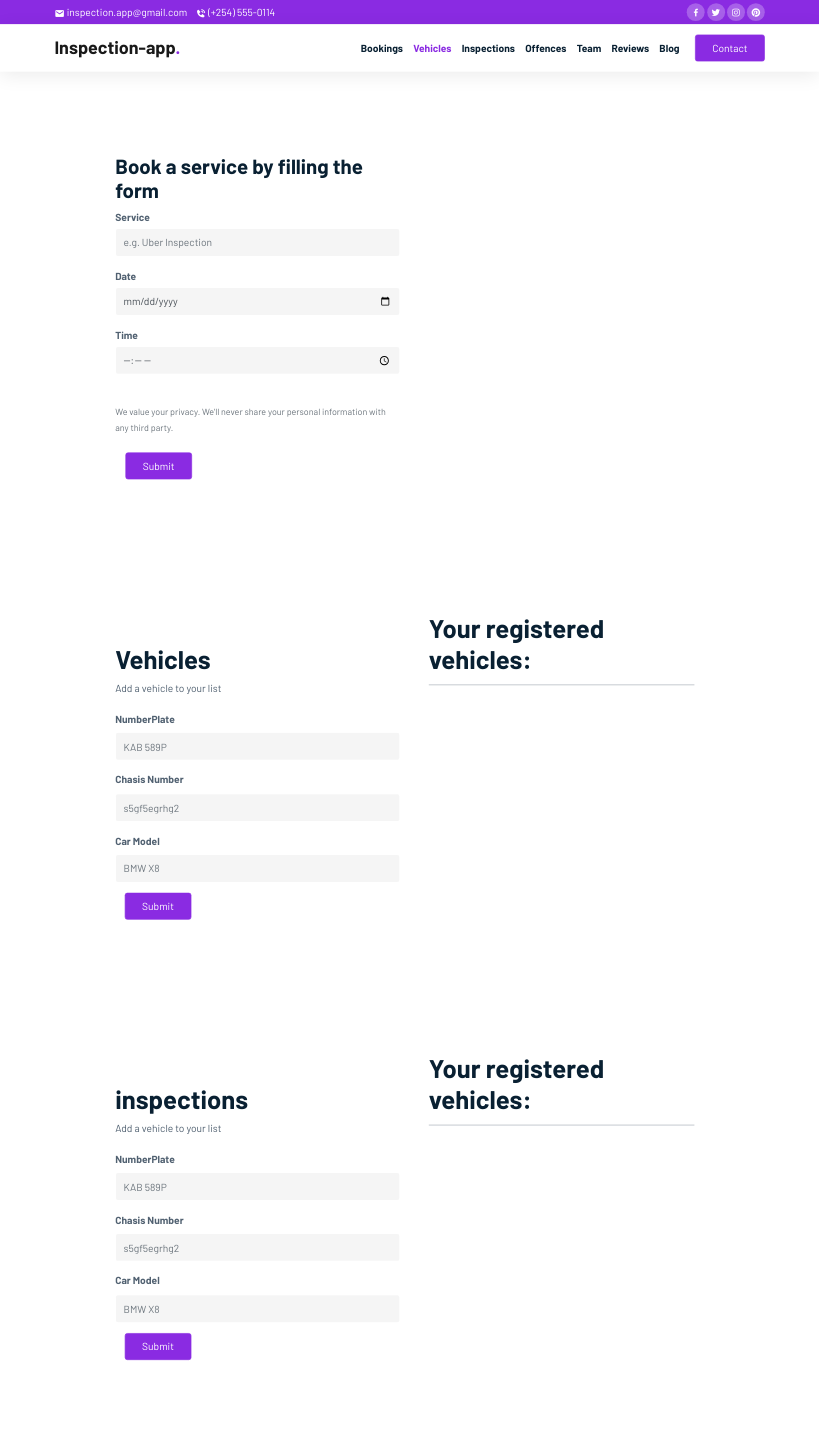
Repository: Jaynie8085/INSPECTION-APP
Page: client/dashboard.html
An editor plug-in stored every save of this project. The page is shown before and after the next save, followed by the edit.
The browser window is 1280 px wide. The pictures show the whole page, at 64% of full size.
The page's requests for data from a server got no answer. Some web libraries are served in a nearby version.

Above is the page before, as saved 2022-10-15 02:56:33.

After the next save:
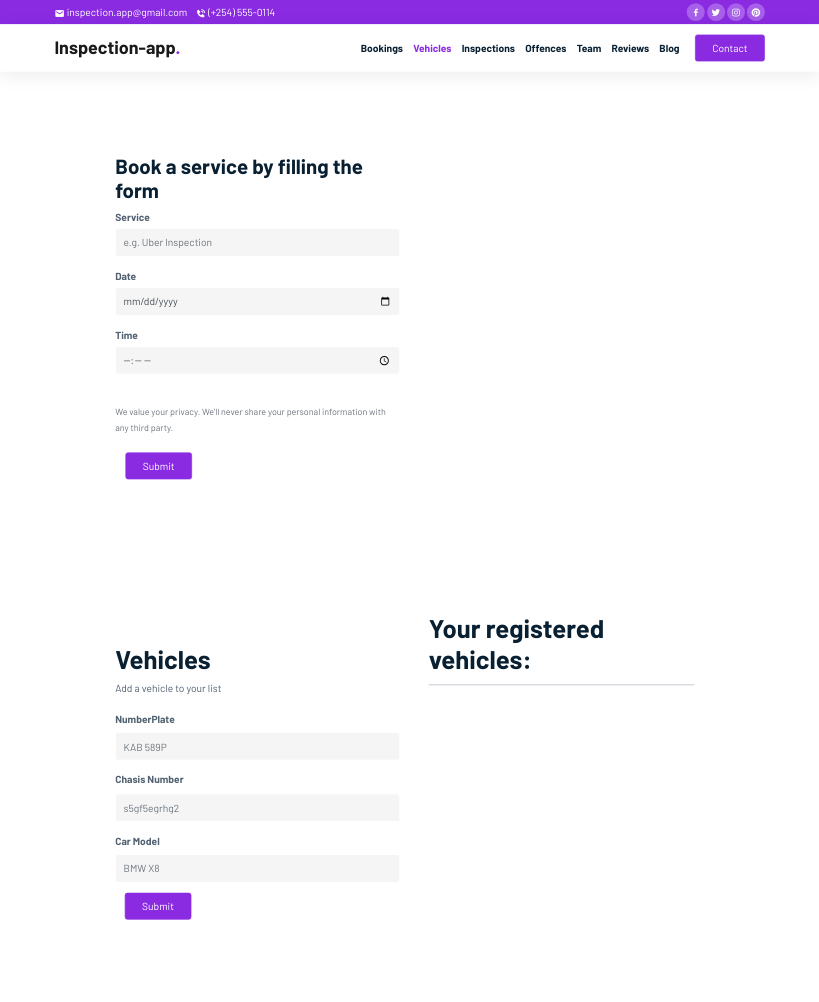
Saved 6 s later.
--- a/client/dashboard.html
+++ b/client/dashboard.html
@@ -149,51 +149,7 @@
         </div>
     </section>
 
-    <!-- inspections -->
-    <section id="inspections">
-        <div class="container">
-            <div class="row justify-content-center">
-            <div id="customer-frm" class="col-lg-5 py-5">
-                <form  >
-                    <h1>inspections</h1>
-                    <p>Add a vehicle to your list</p>
-                    <div class="form-group">
-                        <label for="numberplate" class="form-label">NumberPlate</label>
-                        <input type="text" class="form-control" placeholder="KAB 589P" id="numberplate"
-                            aria-describedby="emailHelp">
-                    </div>
-                    <div class="form-group">
-                        <label for="chasisnumber" class="form-label">Chasis Number </label>
-                        <input type="text" class="form-control" placeholder="s5gf5egrhg2" id="chasisnumber"
-                            aria-describedby="emailHelp">
-                    </div>
-                    <div class="form-group">
-                        <label for="model" class="form-label">Car Model</label>
-                        <input type="model" class="form-control" placeholder="BMW X8" id="model"
-                            aria-describedby="emailHelp">
-                    </div>
-                    <!-- <div class="col-12">
-                        <label for="exampleInputEmail1" class="form-label">Enter General Description</label>
-                        <textarea name="" placeholder="Type in your cars general description." class="form-contid=""  rows="4"></textarea>
-                    </div> -->
-
-                    <div class="col-12">
-                        <button type="submit" class="btn btn-brand" onclick="vehicles();">Submit</button>
-                    </div>
-                </form>
-                </div>
-                <div class="col-lg-5">
-                <div class="container center"><h1>Your registered vehicles:</h1>
-                        <div >
-                            <ul id="quote-list">
-                            </ul>
-                        </div>
-                        <hr></div>
-                </div>
-                </div>
-                </div>
-        </div>
-    </section>
+
 
     <!-- Modal -->
     <div class="modal fade" id="exampleModal" tabindex="-1" aria-labelledby="exampleModalLabel" aria-hidden="true">

After the save that followed:
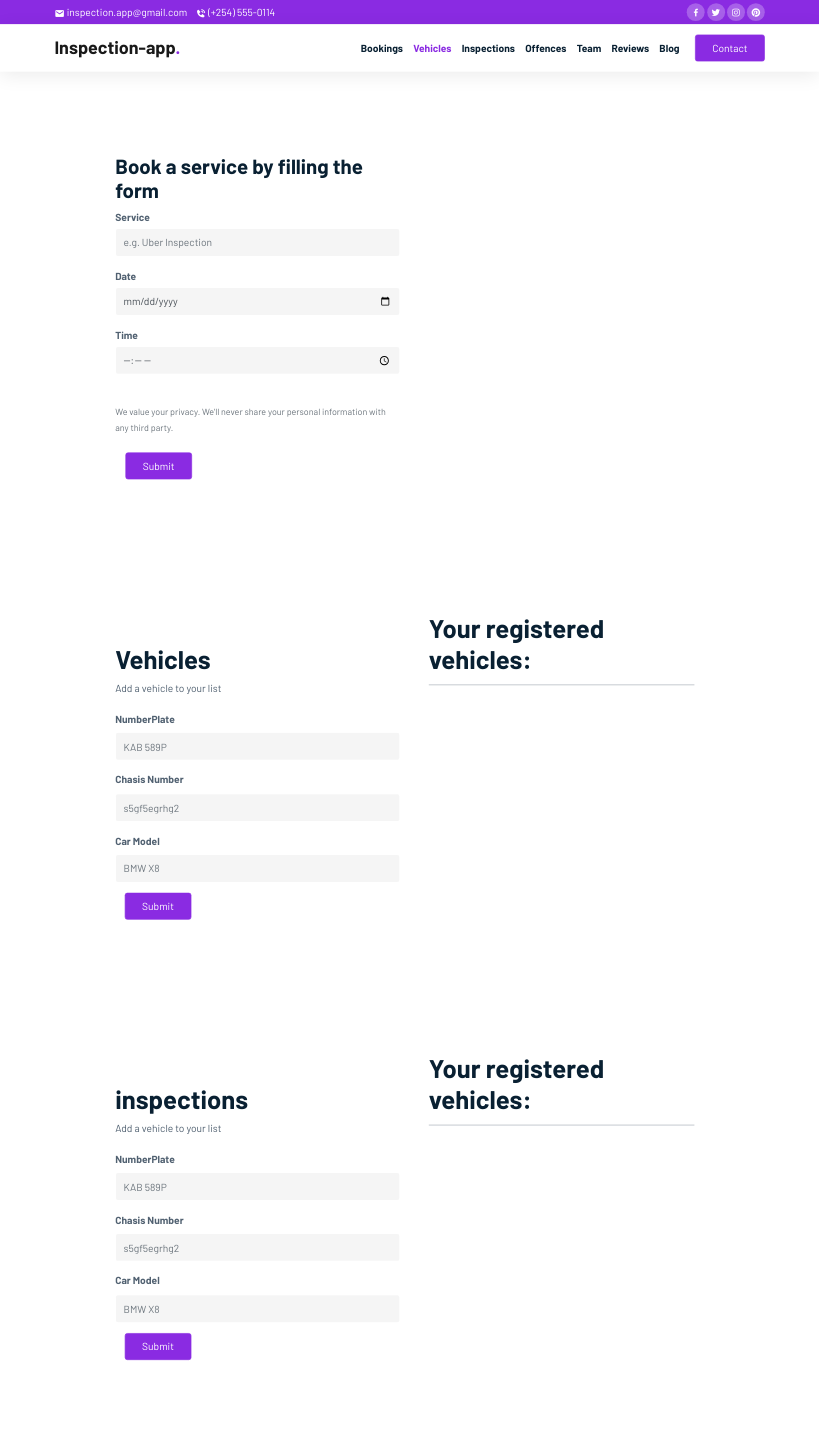
Saved 2 s later.
--- a/client/dashboard.html
+++ b/client/dashboard.html
@@ -149,7 +149,51 @@
         </div>
     </section>
 
-
+    <!-- inspections -->
+    <section id="inspections">
+        <div class="container">
+            <div class="row justify-content-center">
+            <div id="customer-frm" class="col-lg-5 py-5">
+                <form  >
+                    <h1>inspections</h1>
+                    <p>Add a vehicle to your list</p>
+                    <div class="form-group">
+                        <label for="numberplate" class="form-label">NumberPlate</label>
+                        <input type="text" class="form-control" placeholder="KAB 589P" id="numberplate"
+                            aria-describedby="emailHelp">
+                    </div>
+                    <div class="form-group">
+                        <label for="chasisnumber" class="form-label">Chasis Number </label>
+                        <input type="text" class="form-control" placeholder="s5gf5egrhg2" id="chasisnumber"
+                            aria-describedby="emailHelp">
+                    </div>
+                    <div class="form-group">
+                        <label for="model" class="form-label">Car Model</label>
+                        <input type="model" class="form-control" placeholder="BMW X8" id="model"
+                            aria-describedby="emailHelp">
+                    </div>
+                    <!-- <div class="col-12">
+                        <label for="exampleInputEmail1" class="form-label">Enter General Description</label>
+                        <textarea name="" placeholder="Type in your cars general description." class="form-contid=""  rows="4"></textarea>
+                    </div> -->
+
+                    <div class="col-12">
+                        <button type="submit" class="btn btn-brand" onclick="vehicles();">Submit</button>
+                    </div>
+                </form>
+                </div>
+                <div class="col-lg-5">
+                <div class="container center"><h1>Your registered vehicles:</h1>
+                        <div >
+                            <ul id="quote-list">
+                            </ul>
+                        </div>
+                        <hr></div>
+                </div>
+                </div>
+                </div>
+        </div>
+    </section>
 
     <!-- Modal -->
     <div class="modal fade" id="exampleModal" tabindex="-1" aria-labelledby="exampleModalLabel" aria-hidden="true">
